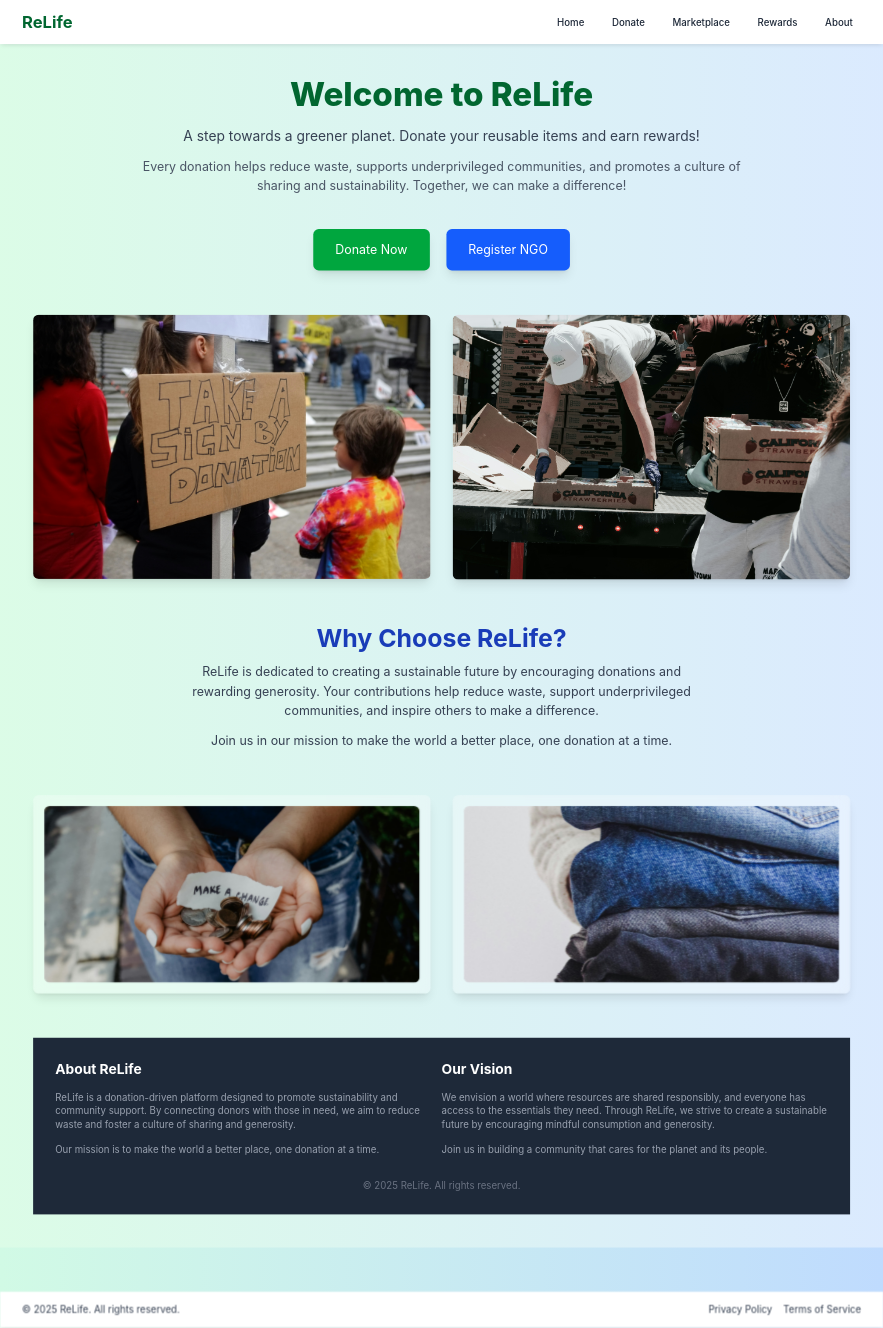
Repository: Harsh-verma24/edonation-drive
Page: / (app in frontend/)
The author's editor kept a copy of each file at every save. The page is drawn from the files as they stood at one save, then again after the next save.
The browser window is 1280 px wide. The pictures show the whole page, at 69% of full size.
The project was rebuilt for these pictures with package versions that can differ from the ones it lists, and the page was loaded fresh each time. Also part of the build but not shown: frontend/vite.config.js, frontend/src/utils/axiosInstance.js, frontend/src/pages/Donate.jsx, frontend/src/pages/Rewards.jsx, frontend/src/pages/Marketplace.jsx, frontend/src/pages/About.jsx.

Above is the page before, as saved 2025-10-15 22:46:45.

### frontend/src/main.jsx
import { StrictMode } from 'react'
import { createRoot } from 'react-dom/client'
import './index.css'
import App from './App.jsx'
import { createBrowserRouter, RouterProvider } from 'react-router-dom';
import Navbar from './components/Navbar';
import Home from './pages/Home';
import Donate from './pages/Donate';
import Rewards from './pages/Rewards';
import Marketplace from './pages/Marketplace';
import About from './pages/About';

const router = createBrowserRouter([
  {
    path: '/',
    element: <App />, // Wrap all routes with App to include Navbar and Footer
    children: [
      { path: '/', element: <Home /> },
      { path: '/donate', element: <Donate /> },
      { path: '/rewards', element: <Rewards /> },
      { path: '/marketplace', element: <Marketplace /> },
      { path: '/about', element: <About /> }, // Add route for About page
    ],
  },
]);

createRoot(document.getElementById('root')).render(
  <StrictMode>
    <RouterProvider router={router} />
  </StrictMode>,
)

### frontend/src/index.css
@import "tailwindcss";

@layer base {
  :root {
    --primary-color: #16a34a; /* Green */
    --secondary-color: #2563eb; /* Blue */
    --background-gradient: linear-gradient(to right, #d1fae5, #bfdbfe);
    --text-color: #374151; /* Gray */
  }
}

body {
  background: var(--background-gradient);
  color: var(--text-color);
  font-family: 'Inter', sans-serif;
}

### frontend/src/App.jsx
import React from 'react';
import Navbar from './components/Navbar';
import Footer from './components/Footer';
import { Outlet } from 'react-router-dom';

function App() {
  return (
    <div className="relative min-h-screen">
      <Navbar />
      <main className="pt-16 pb-16">{/* Adjust padding to account for fixed Navbar and Footer */}
        <Outlet />
      </main>
      <Footer />
    </div>
  );
}

export default App;

### frontend/src/components/Navbar.jsx
import React, { useState } from 'react';
import { Menu, X } from 'lucide-react';

const Navbar = () => {
  const [isOpen, setIsOpen] = useState(false);

  const toggleDrawer = () => {
    setIsOpen(!isOpen);
  };

  return (
    <nav className="bg-white bg-opacity-30 backdrop-blur-md shadow-md fixed top-0 left-0 w-full z-50">
      <div className="max-w-7xl mx-auto px-4 sm:px-6 lg:px-8">
        <div className="flex items-center justify-between h-16">
          <div className="flex-shrink-0">
            <a href="/" className="text-2xl font-bold text-green-800">ReLife</a>
          </div>
          <div className="md:hidden">
            <button onClick={toggleDrawer} className="text-gray-800 hover:text-green-600 focus:outline-none">
              {isOpen ? <X size={24} /> : <Menu size={24} />}
            </button>
          </div>
          <div className={`md:flex md:items-center md:space-x-4 ${isOpen ? 'block' : 'hidden'} absolute md:static top-16 left-0 w-full md:w-auto bg-white md:bg-transparent shadow-md md:shadow-none`}>
            <a href="/" className="block text-gray-800 hover:text-green-600 px-3 py-2 rounded-md text-sm font-medium">Home</a>
            <a href="/donate" className="block text-gray-800 hover:text-green-600 px-3 py-2 rounded-md text-sm font-medium">Donate</a>
            <a href="/marketplace" className="block text-gray-800 hover:text-green-600 px-3 py-2 rounded-md text-sm font-medium">Marketplace</a>
            <a href="/rewards" className="block text-gray-800 hover:text-green-600 px-3 py-2 rounded-md text-sm font-medium">Rewards</a>
            <a href="/about" className="block text-gray-800 hover:text-green-600 px-3 py-2 rounded-md text-sm font-medium">About</a>
          </div>
        </div>
      </div>
    </nav>
  );
};

export default Navbar;

### frontend/src/pages/Home.jsx
import React from 'react';

const Home = () => {
  return (
    <div className="p-12 bg-gradient-to-r from-green-100 to-blue-100 min-h-screen">
      <div className="text-center max-w-4xl mx-auto">
        <h1 className="text-5xl font-extrabold text-green-800">Welcome to ReLife</h1>
        <p className="mt-6 text-gray-700 text-xl">A step towards a greener planet. Donate your reusable items and earn rewards!</p>
        <p className="mt-4 text-gray-600 text-lg">Every donation helps reduce waste, supports underprivileged communities, and promotes a culture of sharing and sustainability. Together, we can make a difference!</p>
        <div className="mt-12 flex justify-center space-x-6">
          <a
            href="/donate"
            className="bg-green-600 text-white px-8 py-4 rounded-lg shadow-lg hover:bg-green-700 text-lg"
          >
            Donate Now
          </a>
          <a
            href="/register-ngo"
            className="bg-blue-600 text-white px-8 py-4 rounded-lg shadow-lg hover:bg-blue-700 text-lg"
          >
            Register NGO
          </a>
        </div>
      </div>
      <div className="mt-16 grid grid-cols-1 md:grid-cols-2 gap-8">
        <img
          src="/Hero-1.jpg"
          alt="Hero Image 1"
          className="rounded-lg shadow-lg"
        />
        <img
          src="/Hero-2.jpg"
          alt="Hero Image 2"
          className="rounded-lg shadow-lg"
        />
      </div>
      <div className="mt-16 text-center max-w-3xl mx-auto">
        <h2 className="text-4xl font-bold text-blue-800">Why Choose ReLife?</h2>
        <p className="mt-4 text-gray-700 text-lg">ReLife is dedicated to creating a sustainable future by encouraging donations and rewarding generosity. Your contributions help reduce waste, support underprivileged communities, and inspire others to make a difference.</p>
        <p className="mt-4 text-gray-700 text-lg">Join us in our mission to make the world a better place, one donation at a time.</p>
      </div>
      <div className="mt-16 grid grid-cols-1 md:grid-cols-2 gap-8">
        <div className="relative rounded-lg shadow-lg bg-white/30 backdrop-blur-md p-4">
          <img
            src="/katt-yukawa-K0E6E0a0R3A-unsplash.jpg"
            alt="Make a Change"
            className="rounded-lg w-full h-64 object-cover"
          />
        </div>
        <div className="relative rounded-lg shadow-lg bg-white/30 backdrop-blur-md p-4">
          <img
            src="/maude-frederique-lavoie-EDSTj4kCUcw-unsplash.jpg"
            alt="Blue and White Textile"
            className="rounded-lg w-full h-64 object-cover"
          />
        </div>
      </div>
      <footer className="bg-gray-800 text-white py-8 mt-16">
        <div className="max-w-6xl mx-auto px-4">
          <div className="flex flex-wrap justify-between">
            <div className="w-full md:w-1/2 mb-6 md:mb-0">
              <h3 className="text-xl font-bold">About ReLife</h3>
              <p className="mt-4 text-gray-400 text-sm">ReLife is a donation-driven platform designed to promote sustainability and community support. By connecting donors with those in need, we aim to reduce waste and foster a culture of sharing and generosity.</p>
              <p className="mt-4 text-gray-400 text-sm">Our mission is to make the world a better place, one donation at a time.</p>
            </div>
            <div className="w-full md:w-1/2">
              <h3 className="text-xl font-bold">Our Vision</h3>
              <p className="mt-4 text-gray-400 text-sm">We envision a world where resources are shared responsibly, and everyone has access to the essentials they need. Through ReLife, we strive to create a sustainable future by encouraging mindful consumption and generosity.</p>
              <p className="mt-4 text-gray-400 text-sm">Join us in building a community that cares for the planet and its people.</p>
            </div>
          </div>
          <div className="mt-8 text-center text-gray-500 text-sm">
            &copy; 2025 ReLife. All rights reserved.
          </div>
        </div>
      </footer>
    </div>
  );
};

export default Home;

### frontend/src/components/Footer.jsx
import React from 'react';

const Footer = () => {
  return (
    <footer className="bg-white bg-opacity-30 backdrop-blur-md shadow-md relative bottom-0 left-0 w-full">
      <div className="max-w-7xl mx-auto px-4 sm:px-6 lg:px-8 py-4">
        <div className="flex justify-between items-center">
          <p className="text-gray-700 text-sm">&copy; 2025 ReLife. All rights reserved.</p>
          <div className="flex space-x-4">
            <a href="#" className="text-gray-700 hover:text-green-600 text-sm">Privacy Policy</a>
            <a href="#" className="text-gray-700 hover:text-green-600 text-sm">Terms of Service</a>
          </div>
        </div>
      </div>
    </footer>
  );
};

export default Footer;

Loaded but not shown: frontend/index.html (common file)

After the next save:
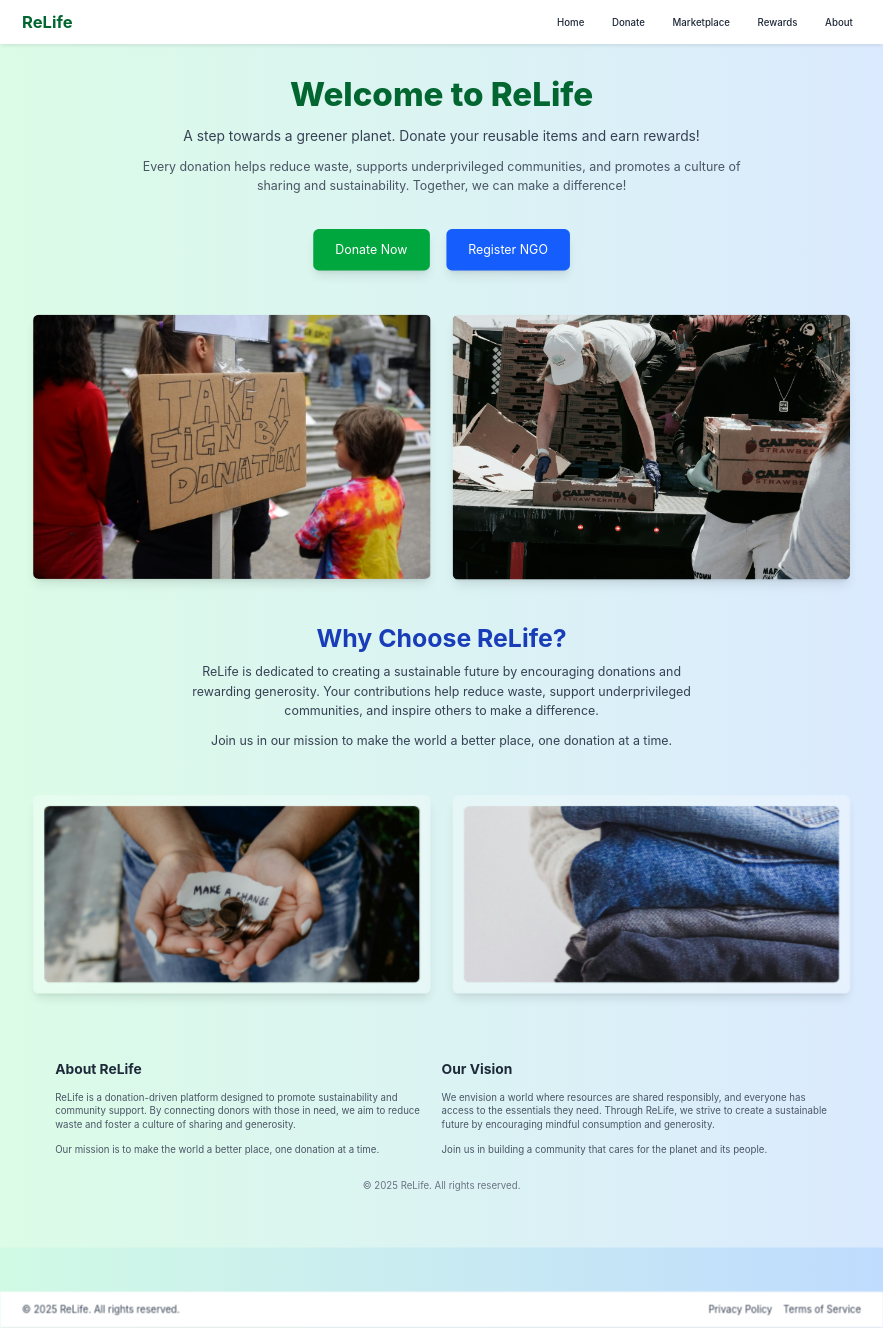
Saved 45 s later.
--- a/frontend/src/pages/Home.jsx
+++ b/frontend/src/pages/Home.jsx
@@ -55,18 +55,18 @@ const Home = () => {
           />
         </div>
       </div>
-      <footer className="bg-gray-800 text-white py-8 mt-16">
+      <footer className="text-gray-800 py-8 mt-16">
         <div className="max-w-6xl mx-auto px-4">
           <div className="flex flex-wrap justify-between">
             <div className="w-full md:w-1/2 mb-6 md:mb-0">
               <h3 className="text-xl font-bold">About ReLife</h3>
-              <p className="mt-4 text-gray-400 text-sm">ReLife is a donation-driven platform designed to promote sustainability and community support. By connecting donors with those in need, we aim to reduce waste and foster a culture of sharing and generosity.</p>
-              <p className="mt-4 text-gray-400 text-sm">Our mission is to make the world a better place, one donation at a time.</p>
+              <p className="mt-4 text-gray-600 text-sm">ReLife is a donation-driven platform designed to promote sustainability and community support. By connecting donors with those in need, we aim to reduce waste and foster a culture of sharing and generosity.</p>
+              <p className="mt-4 text-gray-600 text-sm">Our mission is to make the world a better place, one donation at a time.</p>
             </div>
             <div className="w-full md:w-1/2">
               <h3 className="text-xl font-bold">Our Vision</h3>
-              <p className="mt-4 text-gray-400 text-sm">We envision a world where resources are shared responsibly, and everyone has access to the essentials they need. Through ReLife, we strive to create a sustainable future by encouraging mindful consumption and generosity.</p>
-              <p className="mt-4 text-gray-400 text-sm">Join us in building a community that cares for the planet and its people.</p>
+              <p className="mt-4 text-gray-600 text-sm">We envision a world where resources are shared responsibly, and everyone has access to the essentials they need. Through ReLife, we strive to create a sustainable future by encouraging mindful consumption and generosity.</p>
+              <p className="mt-4 text-gray-600 text-sm">Join us in building a community that cares for the planet and its people.</p>
             </div>
           </div>
           <div className="mt-8 text-center text-gray-500 text-sm">
